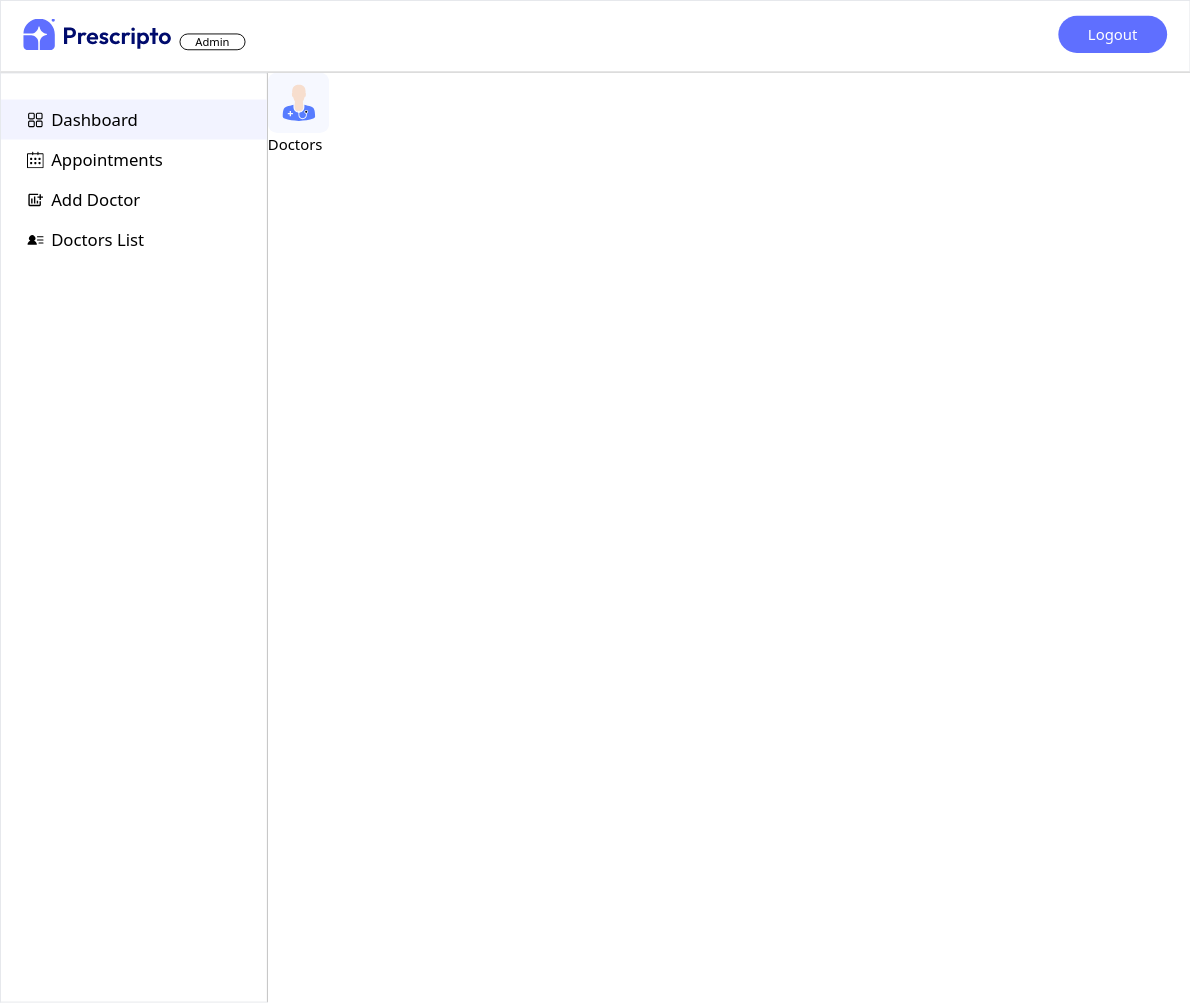
Repository: AzizHamdi99/Prescripto
Page: /dashboard (app in AdminPanel/)
These files come from the project's save history. The page is drawn as it stood at one moment and after a run of saves; the edit follows.
The browser window is 1280 px wide. The pictures show the whole page, at 93% of full size.
The project was rebuilt for these pictures with package versions that can differ from the ones it lists, and the page was loaded fresh each time. Also part of the build but not shown: AdminPanel/vite.config.js, AdminPanel/src/componants/AddDoctor.jsx, AdminPanel/src/componants/DocotorsList.jsx, AdminPanel/src/componants/AllAppointments.jsx.

Above is the page before, as saved 2025-01-17 13:58:10.

After the next 2 saves:
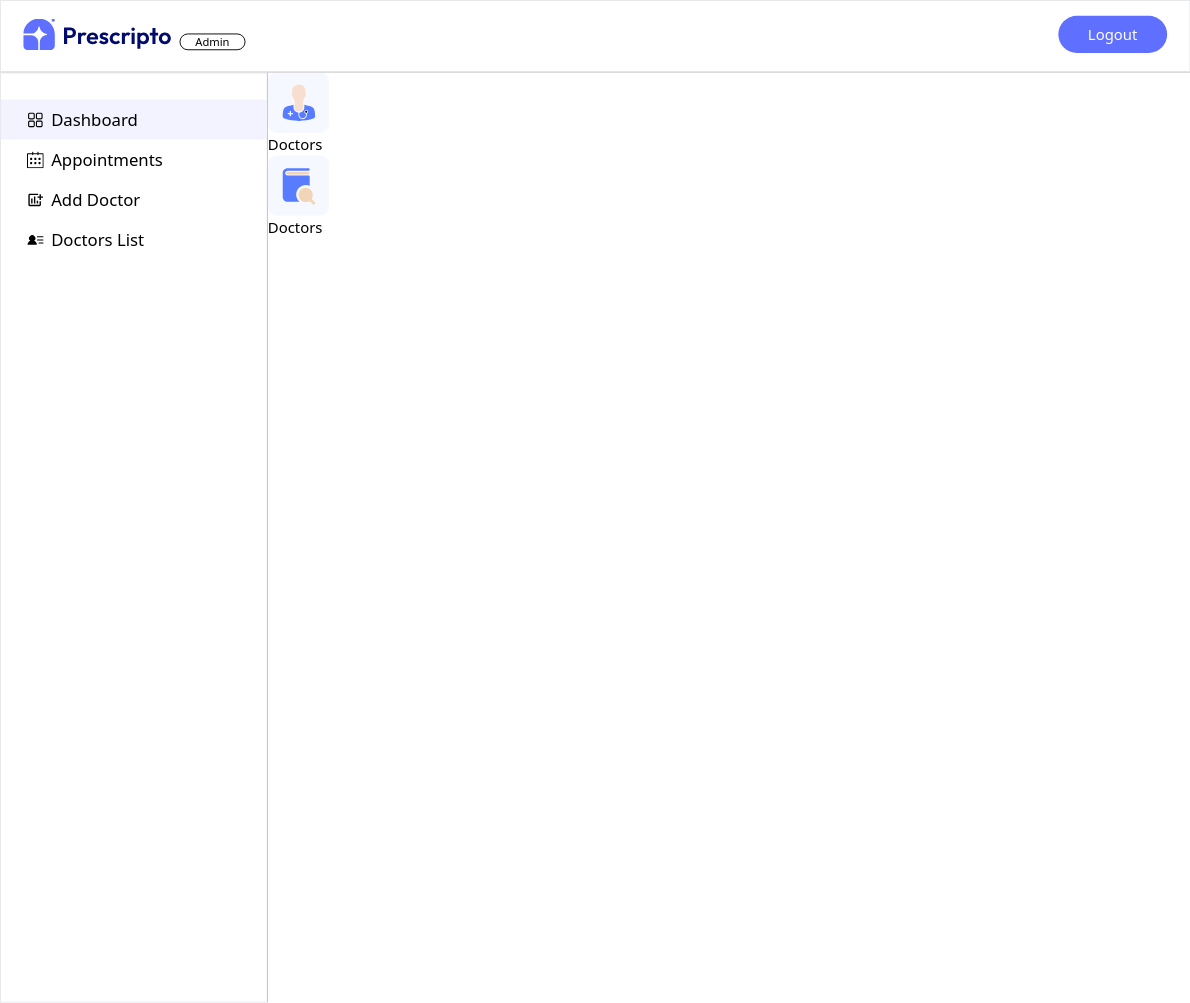
The 2 saves are shown as one change because 1 did not build or start.
The last was saved 37 s later.
--- a/AdminPanel/src/componants/Dashboard.jsx
+++ b/AdminPanel/src/componants/Dashboard.jsx
@@ -11,6 +11,13 @@ function Dashboard() {
                     <p>Doctors</p>
                 </div>
             </div>
+            <div>
+                <img src={assets.appointmentsicon} alt="" />
+                <div>
+                    <p></p>
+                    <p>Doctors</p>
+                </div>
+            </div>
 
         </div>
 
